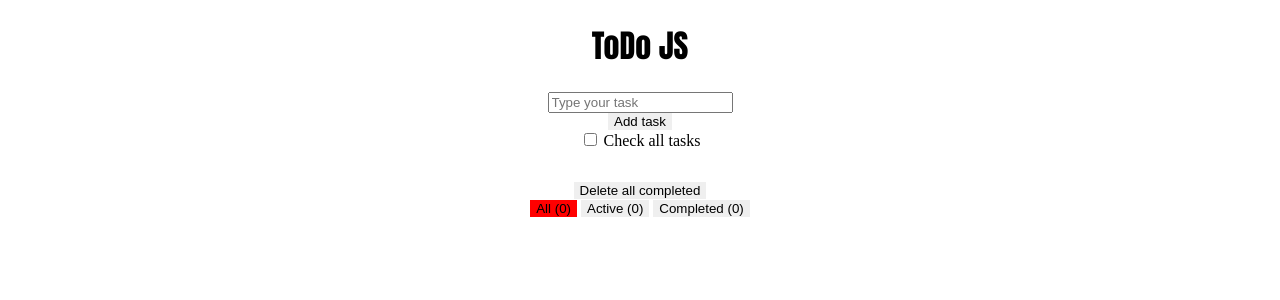
Repository: mklyagin/klyagin_todojs
Page: index.html
An editor plug-in stored every save of this project. The page is shown before and after the next save, followed by the edit.
The browser window is 1280 px wide. The pictures show the whole page.

Above is the page before, as saved 2024-02-27 15:38:04.

After the next save:
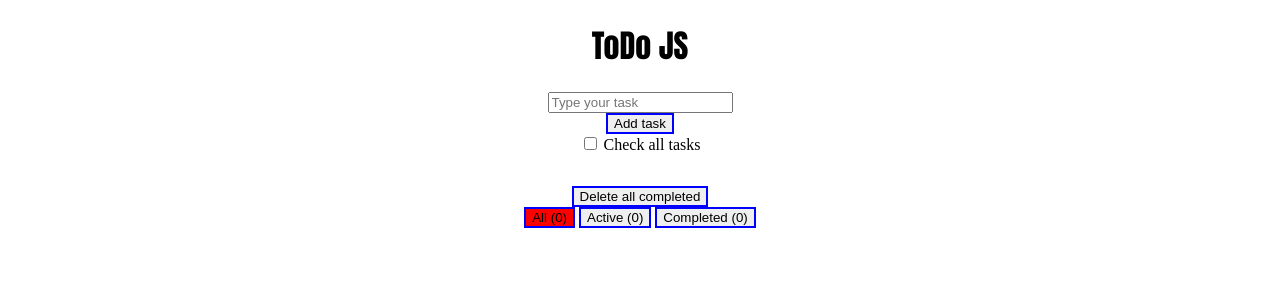
Saved 40 s later.
--- a/style.css
+++ b/style.css
@@ -12,7 +12,7 @@
 }
 
 button {
- border: none;
+ border: 2px solid blue;
 }
 
 .hidden-element {

After the save that followed:
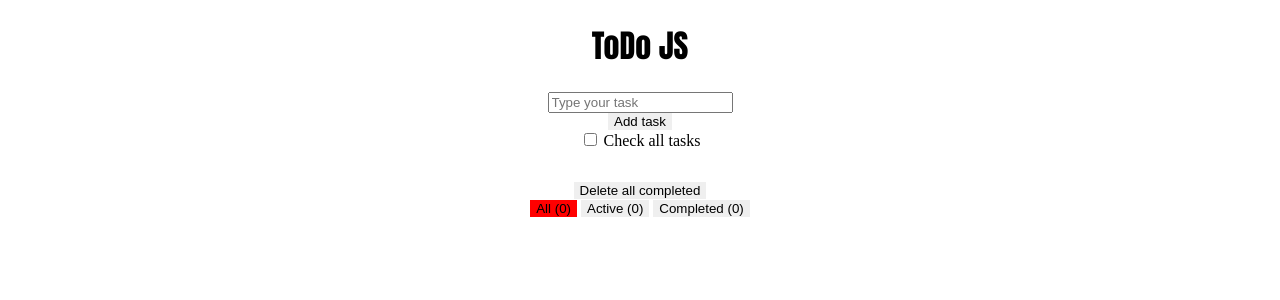
Saved 17 s later.
--- a/style.css
+++ b/style.css
@@ -12,7 +12,7 @@
 }
 
 button {
- border: 2px solid blue;
+ border: none;
 }
 
 .hidden-element {
